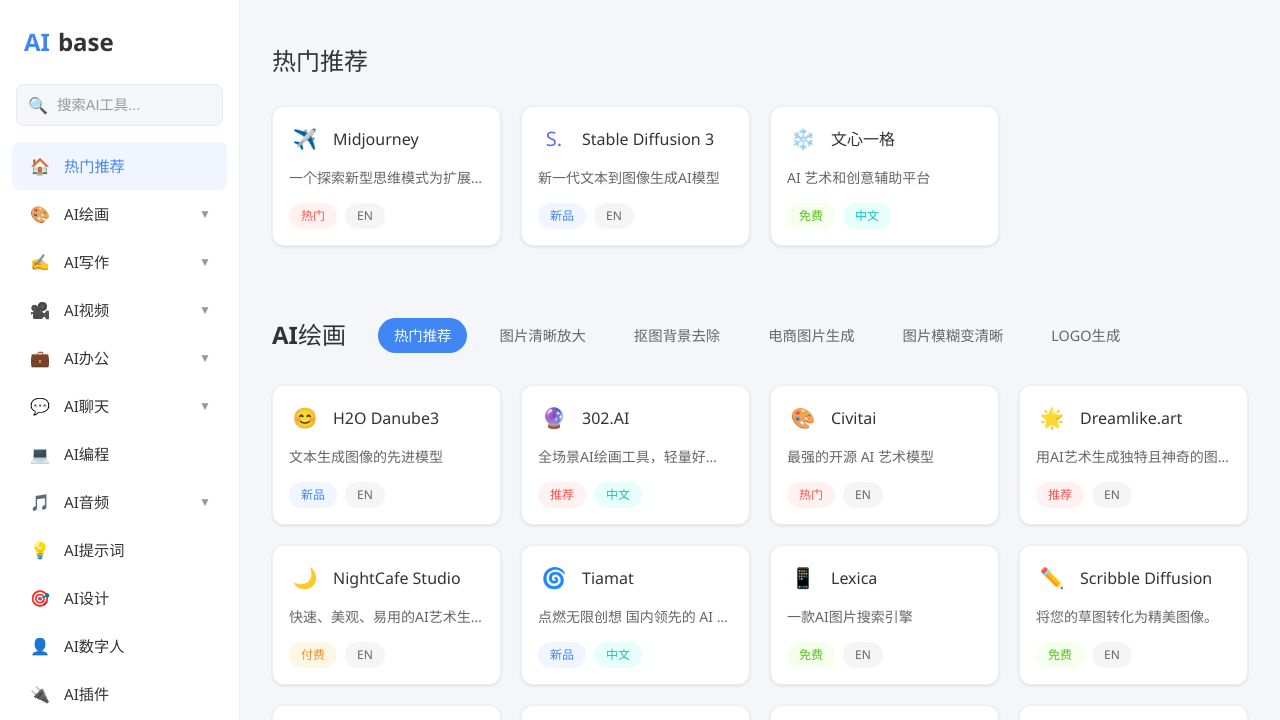
Repository: sai5585wo/ai-tools-resource-site
Page: / (app in frontend/)
An editor plug-in stored every save of this project. The page is shown before and after the next save, followed by the edit.
The browser window is 1280 px wide. The pictures show the whole page.
An inner scrolling area shows only its first screen. The project was rebuilt for these pictures with package versions that can differ from the ones it lists, and the page was loaded fresh each time. Also part of the build but not shown: frontend/vite.config.js.

Above is the page before, as saved 2025-05-17 21:28:42.

After the next save:
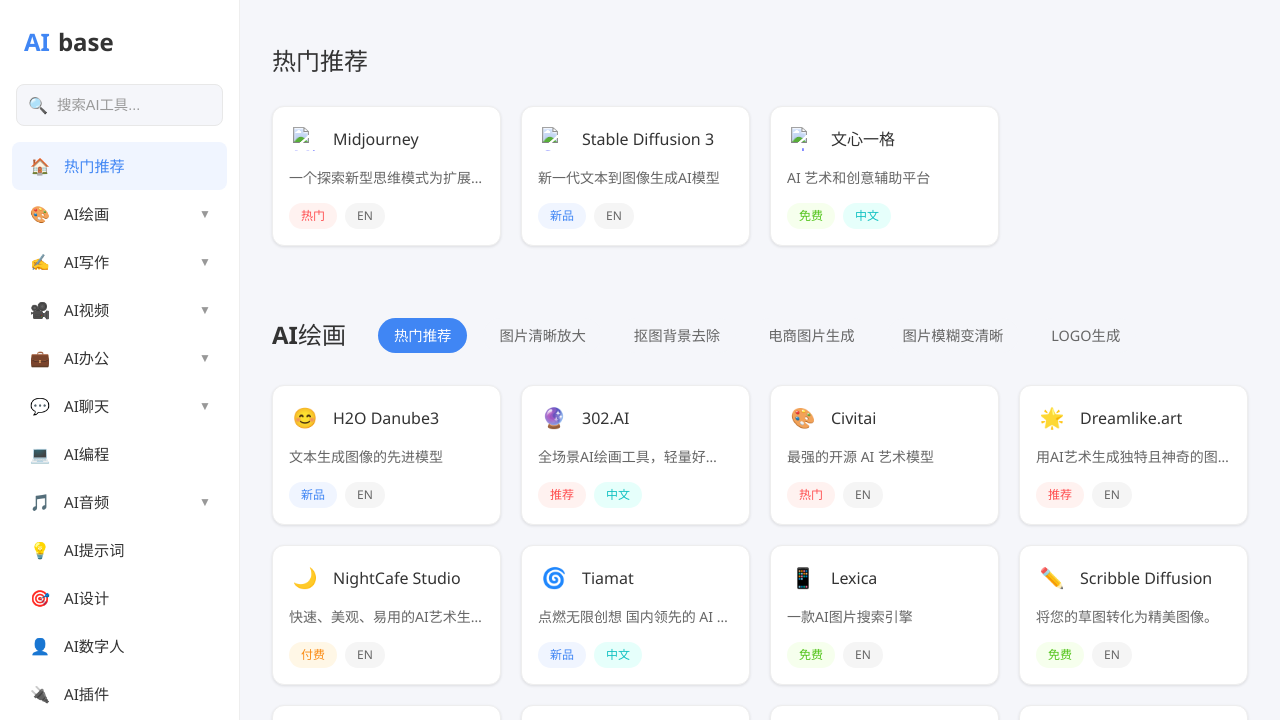
Saved 47 min 5 s later.
--- a/frontend/src/App.vue
+++ b/frontend/src/App.vue
@@ -62,7 +62,7 @@
     title: 'Midjourney',
     description: '一个探索新型思维模式为扩展人类想象力的工具。',
     tags: [{ text: '热门', type: 'hot' }, { text: 'EN', type: 'en' }],
-    icon: '✈️',
+    icon: 'https://www.midjourney.com/favicon.ico',
     category: '热门推荐',
     subCategory: '热门推荐',
     url: 'https://www.midjourney.com'
@@ -71,7 +71,7 @@
     title: 'Stable Diffusion 3',
     description: '新一代文本到图像生成AI模型',
     tags: [{ text: '新品', type: 'new' }, { text: 'EN', type: 'en' }],
-    icon: 'S.',
+    icon: 'https://stability.ai/favicon.ico',
     category: '热门推荐',
     subCategory: '热门推荐',
     url: 'https://stability.ai'
@@ -80,7 +80,7 @@
     title: '文心一格',
     description: 'AI 艺术和创意辅助平台',
     tags: [{ text: '免费', type: 'free' }, { text: '中文', type: 'zh' }],
-    icon: '❄️',
+    icon: 'https://yige.baidu.com/favicon.ico',
     category: '热门推荐',
     subCategory: '热门推荐',
     url: 'https://yige.baidu.com'
@@ -278,7 +278,7 @@
     title: 'ChatGPT Plus',
     description: 'OpenAI的高级AI写作助手，支持多语言创作和编辑。',
     tags: [{ text: '付费', type: 'pro' }, { text: '中英', type: 'zh' }],
-    icon: '✍️',
+    icon: 'https://chat.openai.com/favicon.ico',
     category: 'AI写作',
     url: 'https://chat.openai.com'
   },
@@ -286,7 +286,7 @@
     title: 'Claude 3',
     description: 'Anthropic的最新AI助手，擅长学术写作和文献分析。',
     tags: [{ text: '新品', type: 'new' }, { text: 'EN', type: 'en' }],
-    icon: '📝',
+    icon: 'https://claude.ai/favicon.ico',
     category: 'AI写作',
     url: 'https://claude.ai'
   },
@@ -304,7 +304,7 @@
     title: 'Runway Gen-2',
     description: '专业的AI视频生成和编辑工具，支持文本生成视频。',
     tags: [{ text: '专业版', type: 'pro' }, { text: 'EN', type: 'en' }],
-    icon: '🎥',
+    icon: 'https://runwayml.com/favicon.ico',
     category: 'AI视频',
     url: 'https://runwayml.com'
   },
@@ -312,7 +312,7 @@
     title: 'Pika Labs',
     description: '创新的AI视频创作平台，支持多种视频特效和转场。',
     tags: [{ text: '新品', type: 'new' }, { text: 'EN', type: 'en' }],
-    icon: '⚡',
+    icon: 'https://pika.art/favicon.ico',
     category: 'AI视频',
     url: 'https://pika.art'
   },
@@ -320,7 +320,7 @@
     title: 'HeyGen',
     description: 'AI数字人视频生成平台，支持多语言配音和表情同步。',
     tags: [{ text: '热门', type: 'hot' }, { text: '中英', type: 'zh' }],
-    icon: '🤖',
+    icon: 'https://www.heygen.com/favicon.ico',
     category: 'AI视频',
     url: 'https://www.heygen.com'
   },
@@ -330,7 +330,7 @@
     title: 'Notion AI',
     description: '集成AI功能的全能办公工具，支持智能写作和内容管理。',
     tags: [{ text: '推荐', type: 'hot' }, { text: '中英', type: 'zh' }],
-    icon: '📊',
+    icon: 'https://www.notion.so/favicon.ico',
     category: 'AI办公',
     url: 'https://www.notion.so'
   },
@@ -338,7 +338,7 @@
     title: 'Microsoft 365 Copilot',
     description: '微软Office套件的AI助手，提升办公效率。',
     tags: [{ text: '新品', type: 'new' }, { text: '中英', type: 'zh' }],
-    icon: '💼',
+    icon: 'https://www.microsoft.com/favicon.ico',
     category: 'AI办公',
     url: 'https://www.microsoft.com/microsoft-365/copilot'
   },
@@ -346,7 +346,7 @@
     title: 'Canva AI',
     description: '智能设计平台，支持AI生成设计和编辑功能。',
     tags: [{ text: '免费版', type: 'free' }, { text: '中英', type: 'zh' }],
-    icon: '🎨',
+    icon: 'https://www.canva.com/favicon.ico',
     category: 'AI办公',
     url: 'https://www.canva.com'
   },
@@ -356,7 +356,7 @@
     title: 'GitHub Copilot',
     description: '强大的AI编程助手，支持多种编程语言的代码生成。',
     tags: [{ text: '付费', type: 'pro' }, { text: 'EN', type: 'en' }],
-    icon: '💻',
+    icon: 'https://github.com/favicon.ico',
     category: 'AI编程',
     url: 'https://github.com/features/copilot'
   },
@@ -364,7 +364,7 @@
     title: 'CodeWhisperer',
     description: '亚马逊开发的AI编程助手，专注于安全和效率。',
     tags: [{ text: '免费', type: 'free' }, { text: 'EN', type: 'en' }],
-    icon: '⌨️',
+    icon: 'https://aws.amazon.com/favicon.ico',
     category: 'AI编程',
     url: 'https://aws.amazon.com/codewhisperer'
   },
@@ -372,7 +372,7 @@
     title: 'Cursor',
     description: '基于AI的新一代代码编辑器，支持自然语言编程。',
     tags: [{ text: '推荐', type: 'hot' }, { text: 'EN', type: 'en' }],
-    icon: '🖱️',
+    icon: 'https://cursor.sh/favicon.ico',
     category: 'AI编程',
     url: 'https://cursor.sh'
   }
